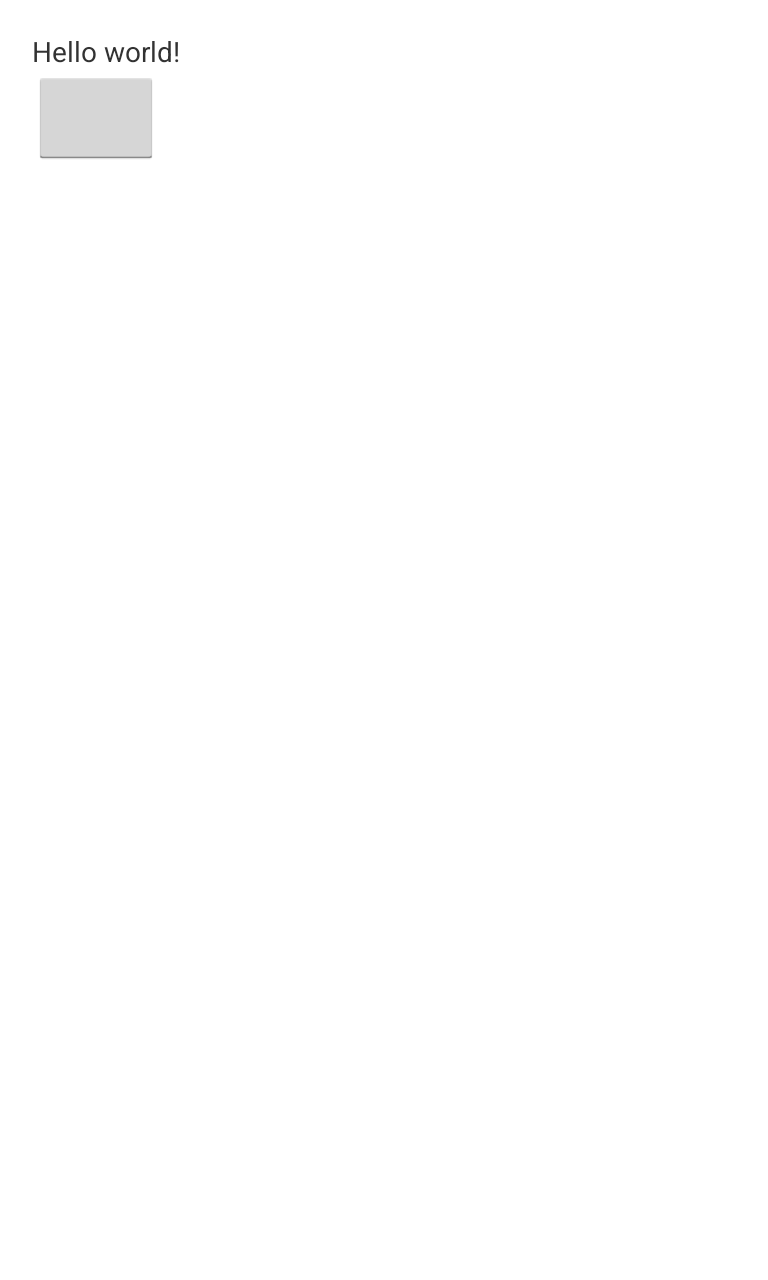
Repository: 729517723/AndroidProject
Layout: Activity_02_Intents/res/layout/other.xml
These files come from the project's save history. The layout is drawn as it stood at one moment and after the next save; the edit follows.
It is drawn on a 768 x 1280 px phone screen (xhdpi) without system bars, with theme AppTheme; the app's code is not run.

Above is the layout before, as saved 2016-08-15 06:53:19.

After the next save:
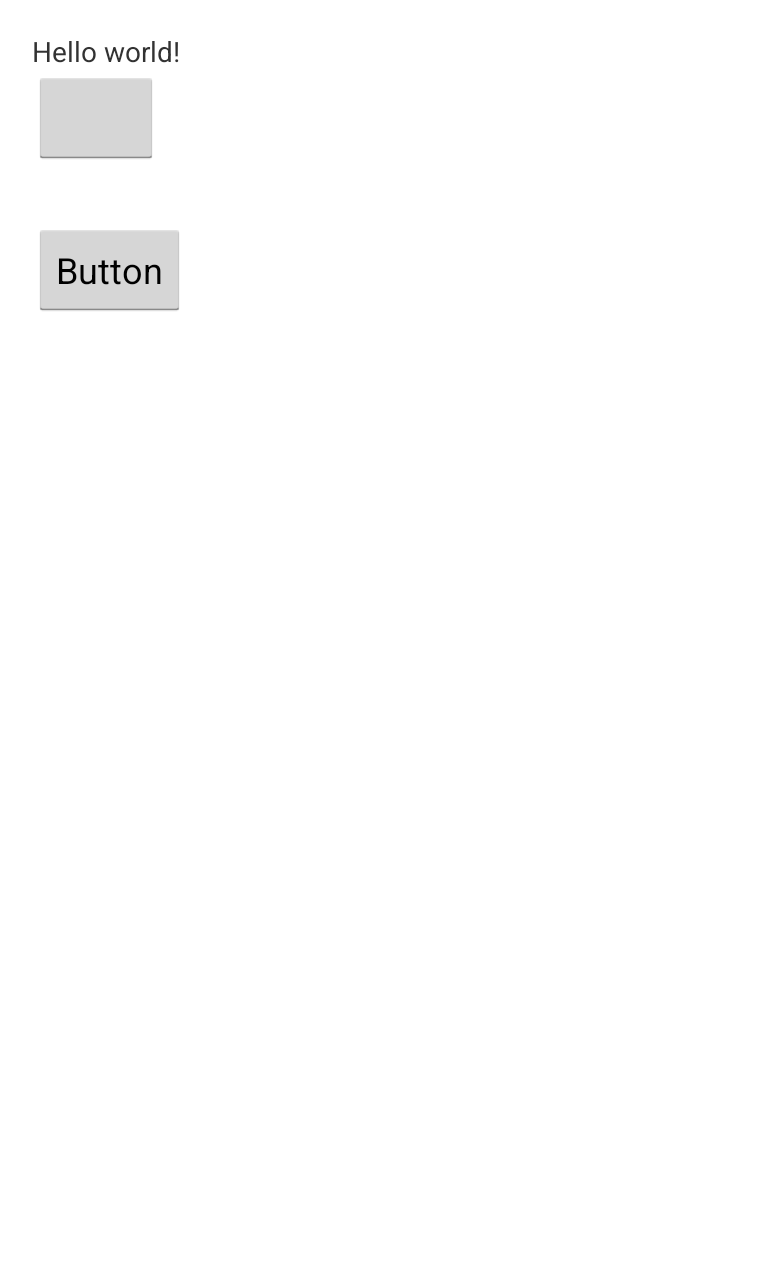
Saved 7 h 54 min later.
--- a/Activity_02_Intents/res/layout/other.xml
+++ b/Activity_02_Intents/res/layout/other.xml
@@ -21,4 +21,13 @@
         android:layout_alignLeft="@+id/textView1"
         android:layout_below="@+id/textView1" />
 
+    <Button
+        android:id="@+id/button1"
+        android:layout_width="wrap_content"
+        android:layout_height="wrap_content"
+        android:layout_below="@+id/btn"
+        android:layout_marginTop="28dp"
+        android:text="Button"
+        android:onClick="OpenNew"/>
+
 </RelativeLayout>
